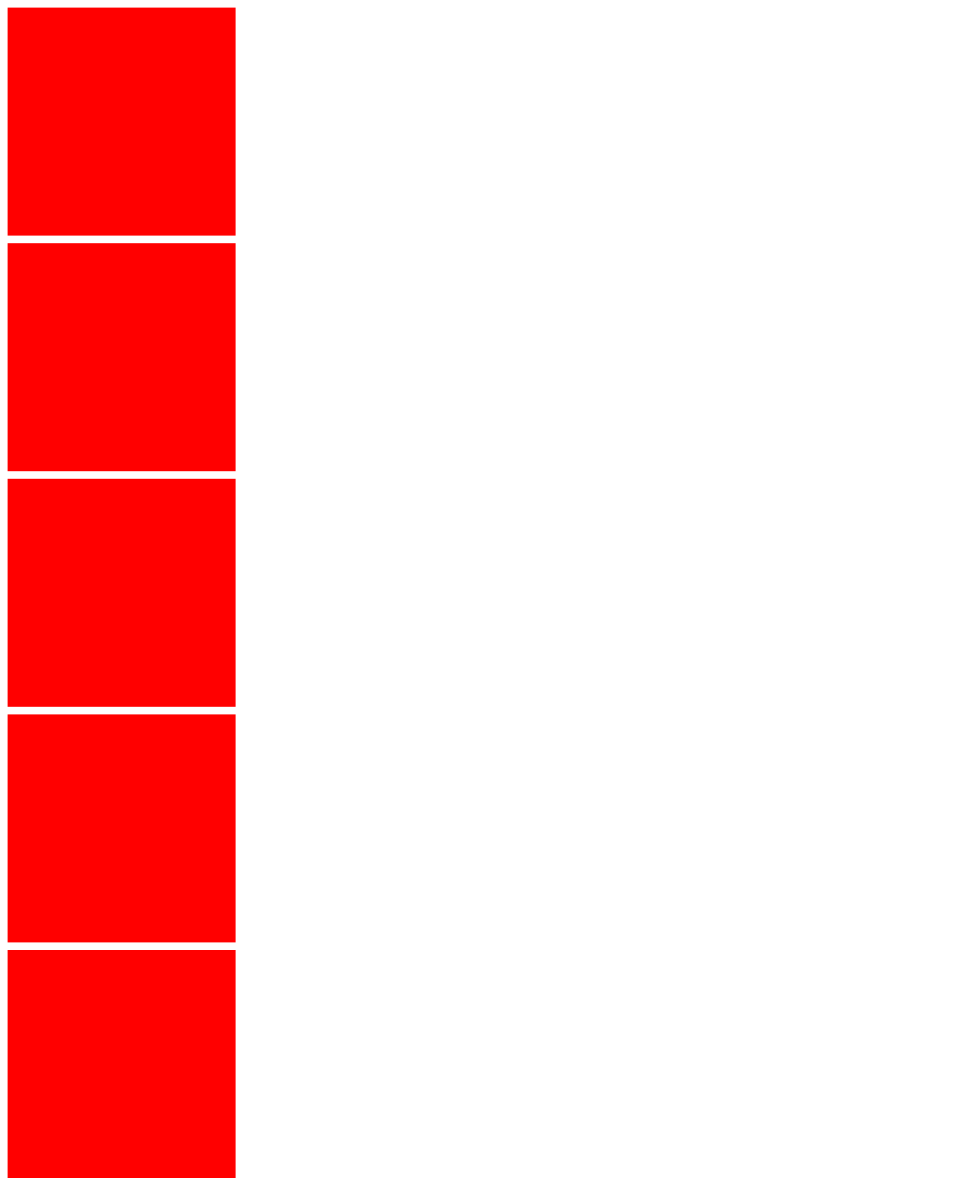
Repository: danilodscosta/CursoHTML
Page: aula1/aulascss.html
An editor plug-in stored every save of this project. The page is shown before and after the next save, followed by the edit.
The browser window is 1280 px wide. The pictures show the whole page, at 76% of full size.

Above is the page before, as saved 2024-01-17 16:54:34.

### aula1/aulascss.html
<!DOCTYPE html>
<html lang="pt-BR">

<head>
    <meta charset="utf-8">
    <meta name="viewport" content="width=device-width, inital-scale=1.0">
    <title>Aulas CSS</title>
    <link rel="stylesheet" href="assets/css/aulasstyle.css">
</head>



<body>
    <div class="grid">
        <div class="col">
            <div class="col-content"></div>
        </div>
        <div class="col">
            <div class="col-content"></div>
        </div>
        <div class="col">
            <div class="col-content"></div>
        </div>
        <div class="col">
            <div class="col-content"></div>
        </div>
        <div class="col">
            <div class="col-content"></div>
        </div>
    </div>
</body>
</html>

### aula1/assets/css/aulasstyle.css
/*
ID Classes, atributos e pseudo-classes  Elementos e pseudo-elementos
*/

* {
    margin: 0;
}

.pai {}

.col {
    width: 300px;
    height: 300px;
    background: rgba(255, 0, 0, 1);
    margin: 10px;
    position: static;
}

After the next save:
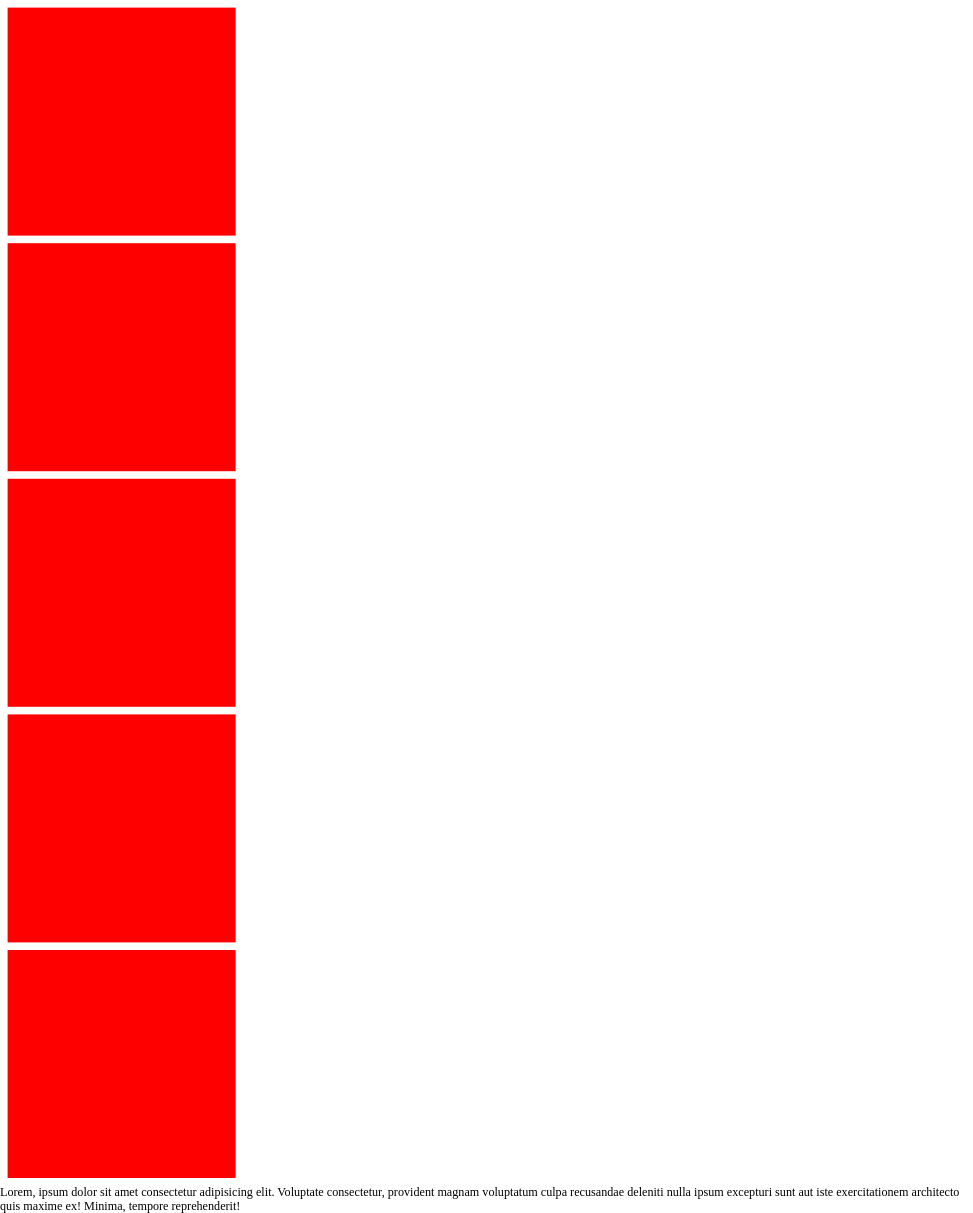
Saved 35 s later.
--- a/aula1/aulascss.html
+++ b/aula1/aulascss.html
@@ -28,5 +28,8 @@
             <div class="col-content"></div>
         </div>
     </div>
+    <section>
+        <p>Lorem, ipsum dolor sit amet consectetur adipisicing elit. Voluptate consectetur, provident magnam voluptatum culpa recusandae deleniti nulla ipsum excepturi sunt aut iste exercitationem architecto quis maxime ex! Minima, tempore reprehenderit!</p>
+    </section>
 </body>
 </html>
